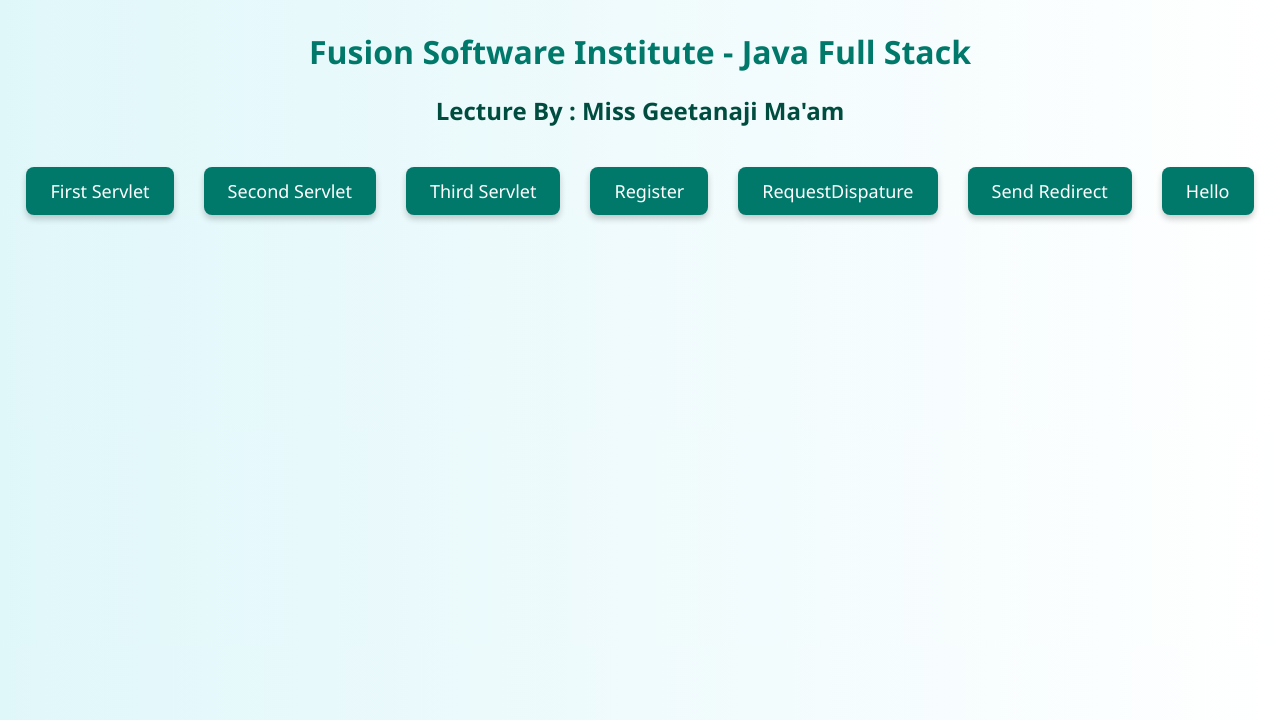
Repository: AkshayKPrajapati/CodingHub
Page: Servlet/WebContent/Index.html
The author's editor kept a copy of each file at every save. The page is drawn from the files as they stood at one save, then again after the next save.
The browser window is 1280 px wide. The pictures show the whole page.

Above is the page before, as saved 2025-10-13 21:17:49.

After the next save:
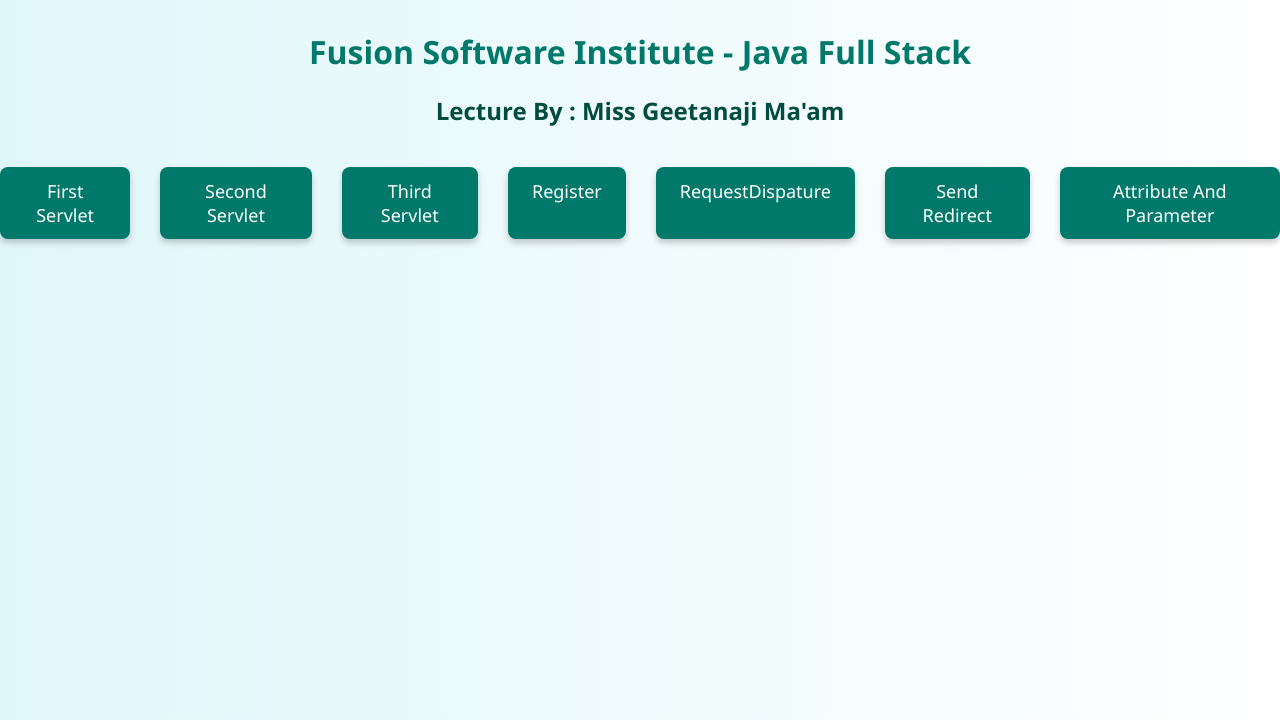
Saved 68 s later.
--- a/Servlet/WebContent/Index.html
+++ b/Servlet/WebContent/Index.html
@@ -58,7 +58,7 @@
        	<a href="register.html">Register</a>
        	<a href="requestDispature.html">RequestDispature</a>
        	<a href="sendRedirect.html">Send Redirect</a>
-       	<a href="attributepara.html">Hello</a>
+       	<a href="attributepara.html">Attribute And Parameter</a>
     </div>
 </body>
 </html>
